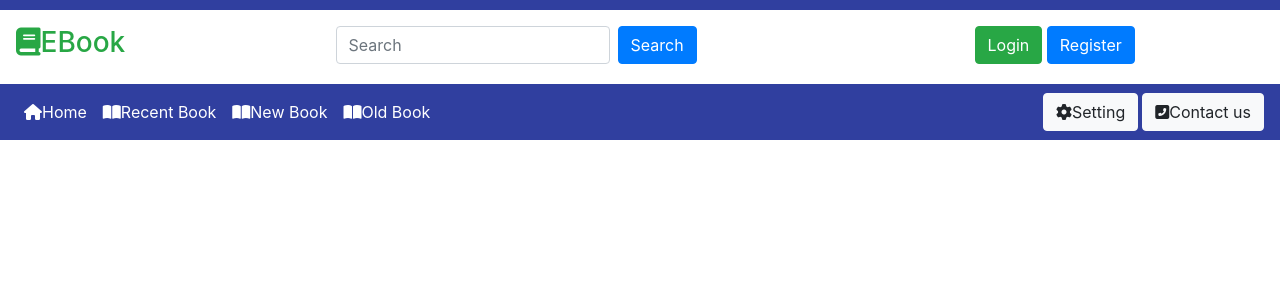
Repository: DaoThanhLam/eProjectKy4
Page: http://localhost/bookma_pro/
The author's editor kept a copy of each file at every save. The page is drawn from the files as they stood at one save, then again after the next save.
The browser window is 1280 px wide. The pictures show the whole page.
Some web libraries are served in a nearby version. The page is served by Tomcat 9.

Above is the page before, as saved 2024-11-14 01:43:37.

After the next save:
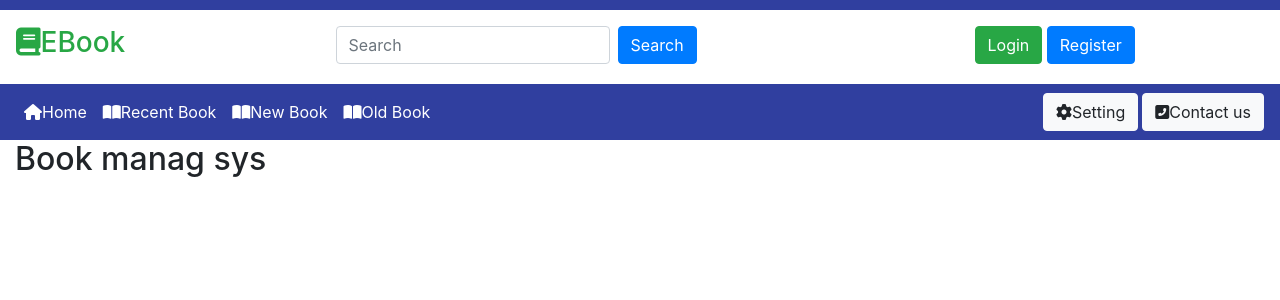
Saved 6 h 23 min later.
--- a/bookma_pro/src/main/webapp/index.jsp
+++ b/bookma_pro/src/main/webapp/index.jsp
@@ -6,10 +6,22 @@
 <meta charset="ISO-8859-1">
 <title>Insert title here</title>
 <%@include file="components/css.jsp"%>
+<style type="text/css">
+.back-img{
+	background: url("img/books.jpg");
+	height: 50vh;
+	width: 100%;
+	background-size: cover;
+	background-repeat: no-reppeeat;
+}
+</style>
+
 </head>
 <body>
 	<%@include file="components/navbar.jsp"%>
-
+	<div class="container-fluid">
+		<h2>Book manag sys</h2>
+	</div>
 
 </body>
 </html>
